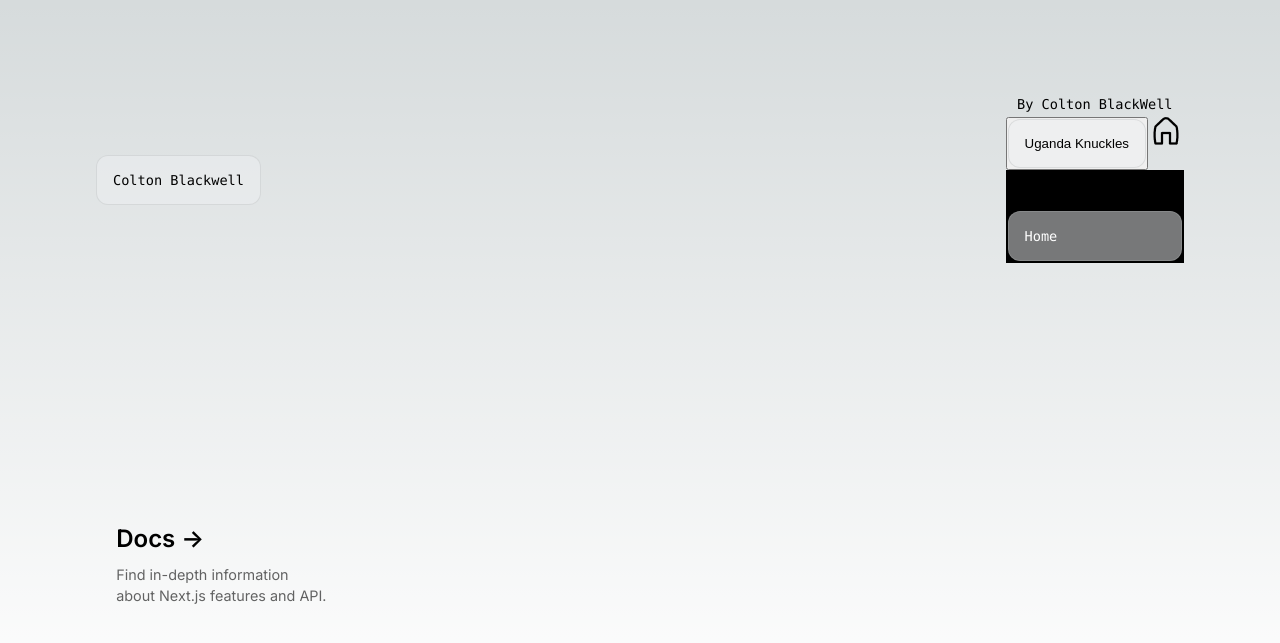
Repository: coltonBlackwell/Music_Quiz
Page: /
These files come from the project's save history. The page is drawn as it stood at one moment and after the next save; the edit follows.
The browser window is 1280 px wide. The pictures show the whole page.
The project was rebuilt for these pictures with package versions that can differ from the ones it lists, and the page was loaded fresh each time. The framework's server and built-in components were replaced by stand-ins that run in the browser. Also part of the build but not shown: next.config.mjs.

Above is the page before, as saved 2024-06-30 14:26:44.

### src/app/page.tsx
import Image from "next/image";
import styles from "./page.module.css";
import Retake from "../../components/atoms/retake_Button"
import HomeIcon from "../../components/atoms/icon_home"
import HomeIconNav from "../../components/molecules/icon_home_Navigation"

export default function Home() {
  return (
    <main className={styles.main}>
      <div className={styles.description}>
        <p>
          Colton Blackwell
        </p>
        <div>
          <a
            href="https://vercel.com?utm_source=create-next-app&utm_medium=appdir-template&utm_campaign=create-next-app"
            target="_blank"
            rel="noopener noreferrer"
          >
            By Colton BlackWell
          </a>
          <Retake/>
          <HomeIcon/>
          <HomeIconNav/>
        </div>
      </div>


      <div className={styles.grid}>
        <a
          href="https://nextjs.org/docs?utm_source=create-next-app&utm_medium=appdir-template&utm_campaign=create-next-app"
          className={styles.card}
          target="_blank"
          rel="noopener noreferrer"
        >
          <h2>
            Docs <span>-&gt;</span>
          </h2>
          <p>Find in-depth information about Next.js features and API.</p>
        </a>
      </div>
    </main>
  );
}

### components/atoms/retake_Button.tsx
export default function Retake_Button(){
    return(
        <button>
            <p>Uganda Knuckles</p>
        </button>
    );
}

### components/atoms/icon_home.tsx
import Image from "next/image";
import IconHome from "../../public/home.png"

export default function Icon_Home(){
    return(
        <Image src={IconHome} alt="home"/>
    );
}

### components/molecules/icon_home_Navigation.tsx
import Image from "next/image";
import HomeIcon from "../../components/atoms/icon_home"

export default function Icon_Home_Navigation(){
    return(
        <div style={{ border: '2px solid black', width: '100%', backgroundColor: "black", color:"white" }}>
            <HomeIcon />
            <p>Home</p>
        </div>
    );
}

Loaded but not shown: src/app/layout.tsx (common file); src/app/globals.css (common file); src/app/page.module.css (common file)

After the next save:
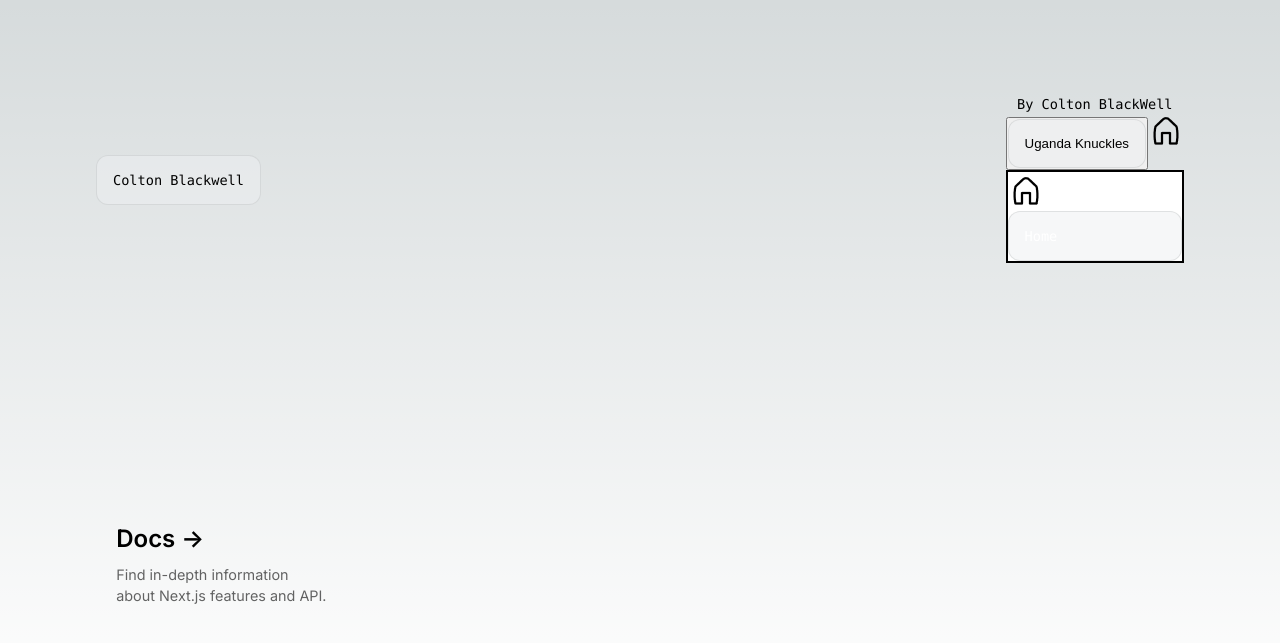
Saved 4 min 9 s later.
--- a/components/molecules/icon_home_Navigation.tsx
+++ b/components/molecules/icon_home_Navigation.tsx
@@ -3,7 +3,7 @@ import HomeIcon from "../../components/atoms/icon_home"
 
 export default function Icon_Home_Navigation(){
     return(
-        <div style={{ border: '2px solid black', width: '100%', backgroundColor: "black", color:"white" }}>
+        <div style={{ border: '2px solid black', width: '100%', backgroundColor: "white", color:"white" }}>
             <HomeIcon />
             <p>Home</p>
         </div>
